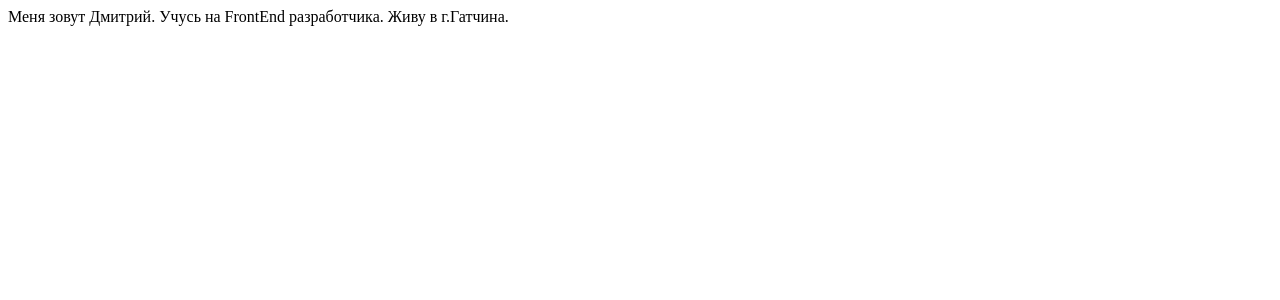
Repository: KoltsovDmitriy/Portfolio
Page: index.html
These files come from the project's save history. The page is drawn as it stood at one moment and after the next save; the edit follows.
The browser window is 1280 px wide. The pictures show the whole page.

Above is the page before, as saved 2023-03-10 10:05:33.

After the next save:
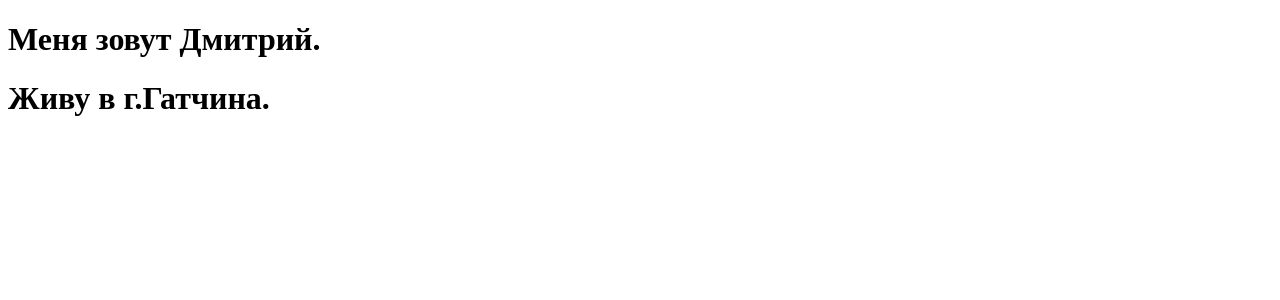
Saved 2 min 52 s later.
--- a/index.html
+++ b/index.html
@@ -8,8 +8,8 @@
     <link rel="stylesheet" href="./style.css">
 </head>
 <body>
-    Меня зовут Дмитрий.
-    Учусь на FrontEnd разработчика.
-    Живу в г.Гатчина.
+    <h1>Меня зовут Дмитрий.</h1>
+    <h1>Живу в г.Гатчина.</h1>
+
 </body>
 </html>
